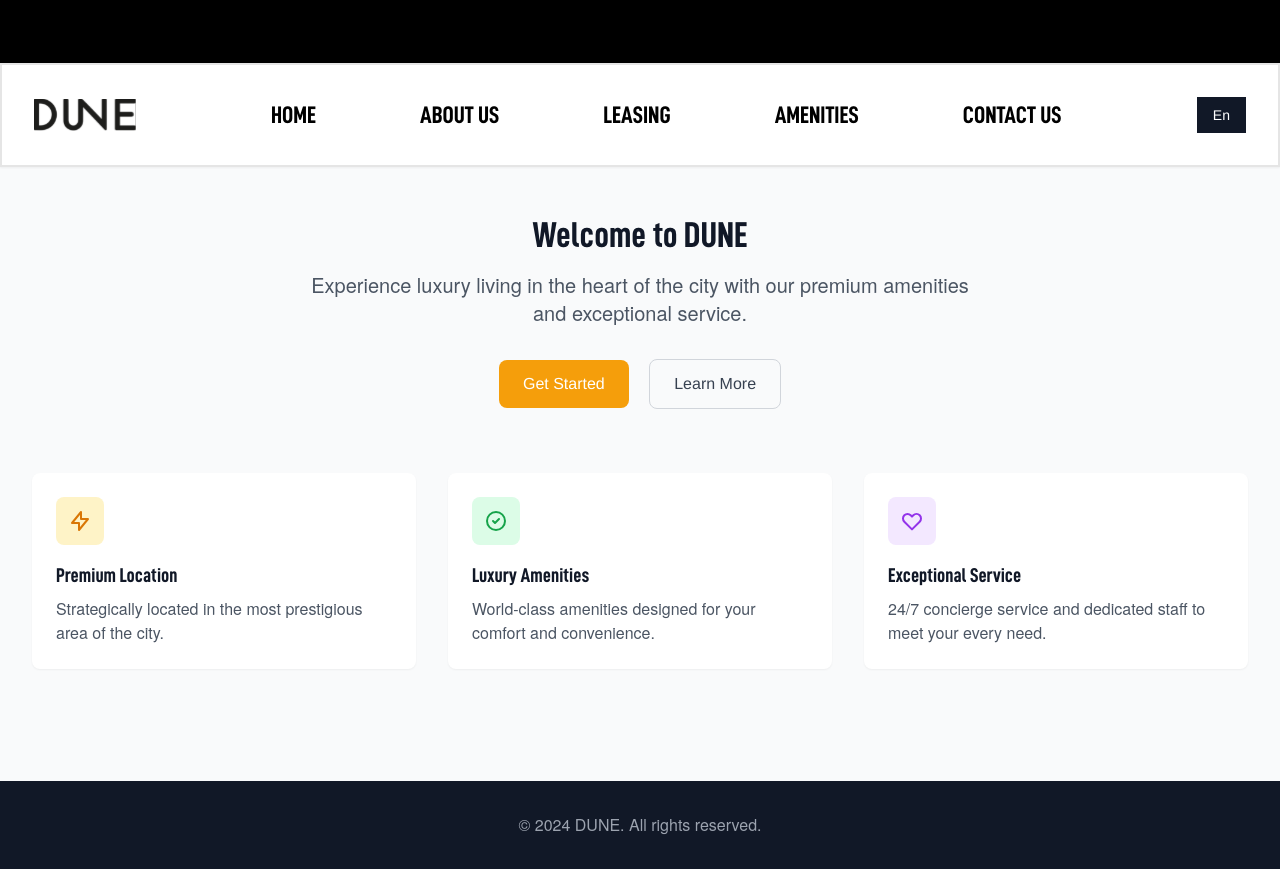
Repository: ahmedassr5765/dune
Page: index.html
These files come from the project's save history. The page is drawn as it stood at one moment and after a run of saves; the edit follows.
The browser window is 1280 px wide. The pictures show the whole page.
Some web fonts or font styles are not loaded; a fallback is used. Some web libraries are served in a nearby version.

Above is the page before, as saved 2025-07-12 17:48:28.

After the next 2 saves:
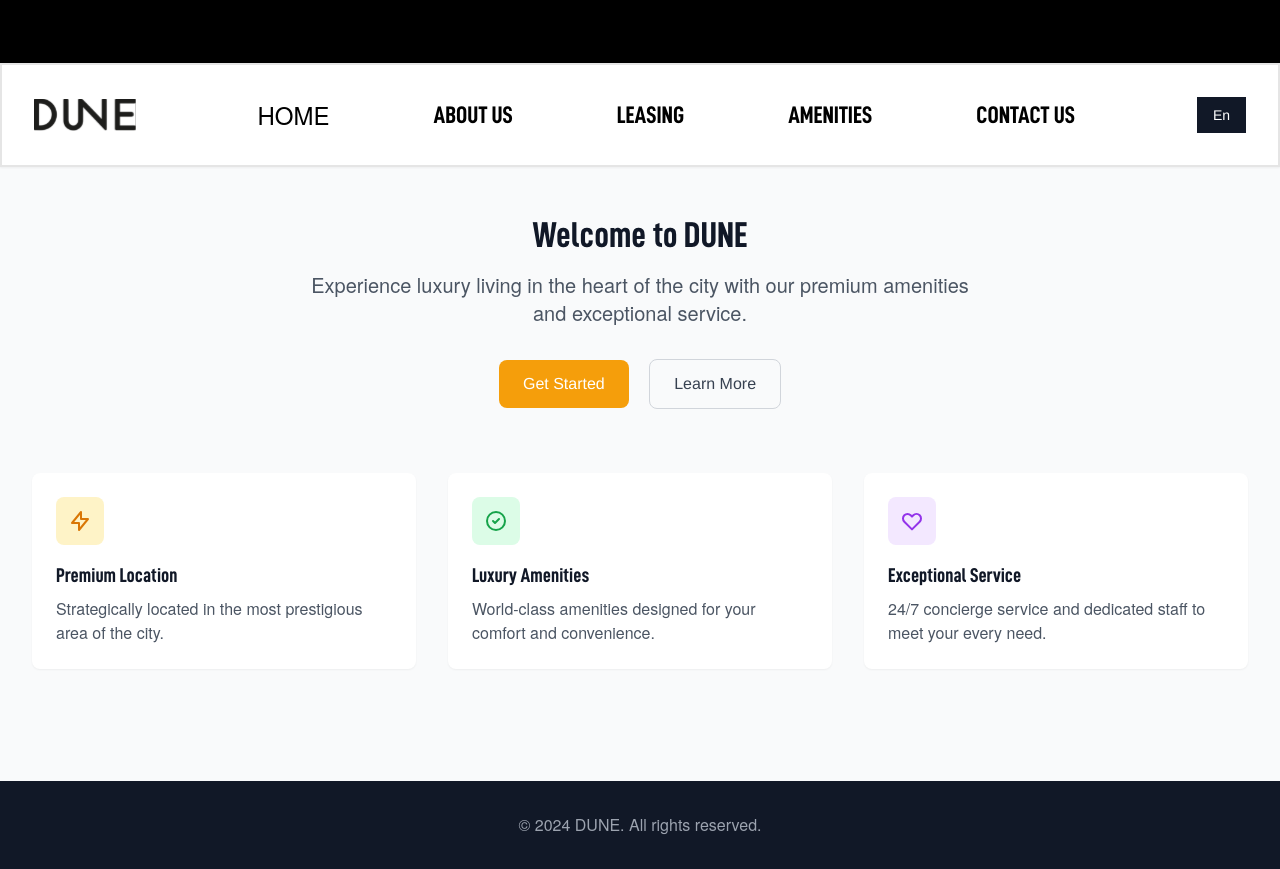
The 2 saves are shown as one change because they came seconds apart.
The last was saved 30 s later.
--- a/index.html
+++ b/index.html
@@ -116,7 +116,7 @@
                     </a>
                 </div>
                 <nav class="hidden md:flex space-x-20 nav-items">
-                    <a href="#" class="text-black hover:text-[#FBAA19] px-3 py-2 text-[24px] font-ddin transition-colors duration-200 nav-link" data-en="HOME" data-ar="الرئيسية">HOME</a>
+                    <a href="#" class="text-black hover:text-[#FBAA19] px-3 py-2 text-[24px] font-helvetica transition-colors duration-200 nav-link" data-en="HOME" data-ar="الرئيسية">HOME</a>
                     <a href="#" class="text-black hover:text-[#FBAA19] px-3 py-2 text-[24px] font-ddin transition-colors duration-200 nav-link" data-en="ABOUT US" data-ar="معلومات عنا">ABOUT US</a>
                     <a href="#" class="text-black hover:text-[#FBAA19] px-3 py-2 text-[24px] font-ddin transition-colors duration-200 nav-link" data-en="LEASING" data-ar="الإيجار">LEASING</a>
                     <a href="#" class="text-black hover:text-[#FBAA19] px-3 py-2 text-[24px] font-ddin transition-colors duration-200 nav-link" data-en="AMENITIES" data-ar="الخدمات">AMENITIES</a>

After the 2 saves that followed:
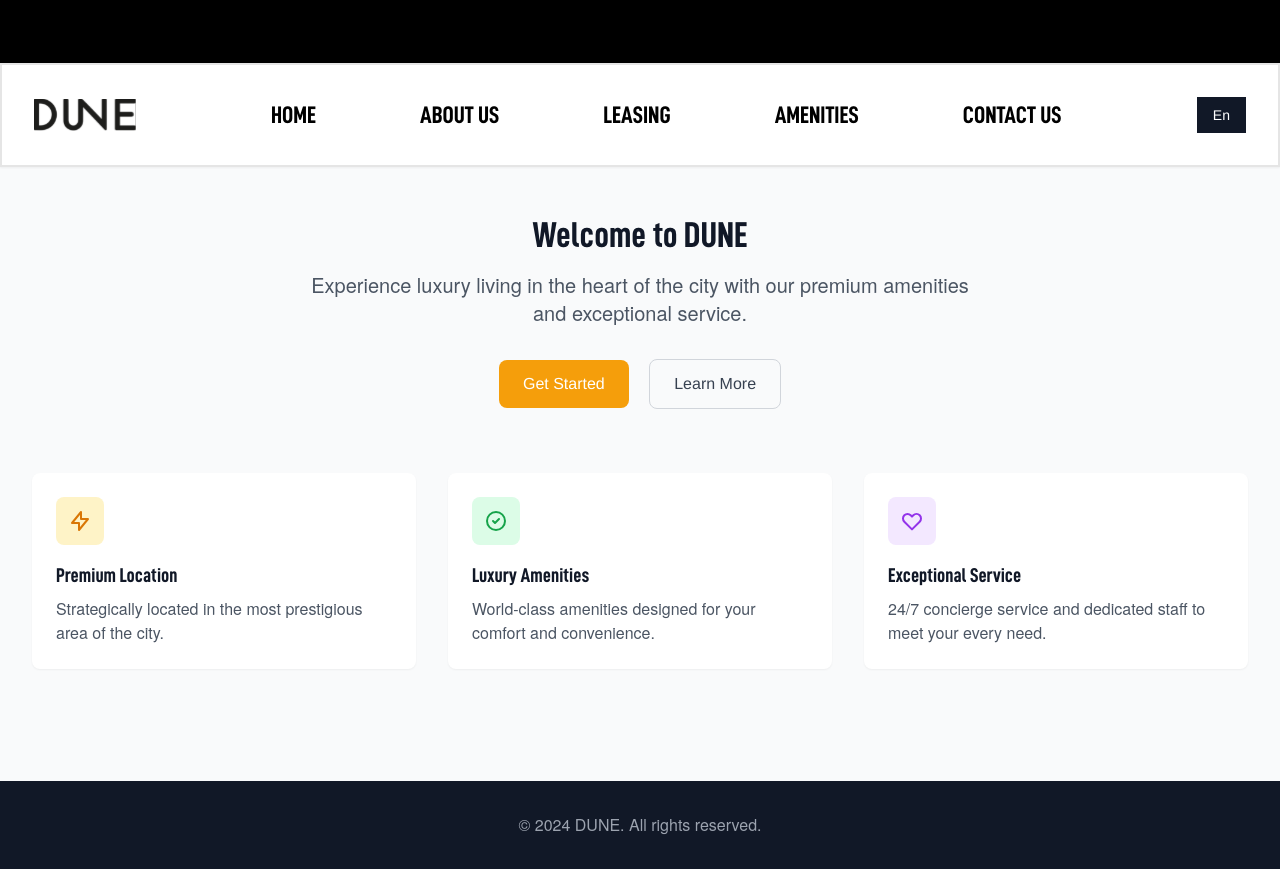
The 2 saves are shown as one change because 1 left the picture as it was.
The last was saved 16 s later.
--- a/index.html
+++ b/index.html
@@ -116,7 +116,7 @@
                     </a>
                 </div>
                 <nav class="hidden md:flex space-x-20 nav-items">
-                    <a href="#" class="text-black hover:text-[#FBAA19] px-3 py-2 text-[24px] font-helvetica transition-colors duration-200 nav-link" data-en="HOME" data-ar="الرئيسية">HOME</a>
+                    <a href="#" class="text-black hover:text-[#FBAA19] px-3 py-2 text-[24px] font-ddin transition-colors duration-200 nav-link" data-en="HOME" data-ar="الرئيسية">HOME</a>
                     <a href="#" class="text-black hover:text-[#FBAA19] px-3 py-2 text-[24px] font-ddin transition-colors duration-200 nav-link" data-en="ABOUT US" data-ar="معلومات عنا">ABOUT US</a>
                     <a href="#" class="text-black hover:text-[#FBAA19] px-3 py-2 text-[24px] font-ddin transition-colors duration-200 nav-link" data-en="LEASING" data-ar="الإيجار">LEASING</a>
                     <a href="#" class="text-black hover:text-[#FBAA19] px-3 py-2 text-[24px] font-ddin transition-colors duration-200 nav-link" data-en="AMENITIES" data-ar="الخدمات">AMENITIES</a>
